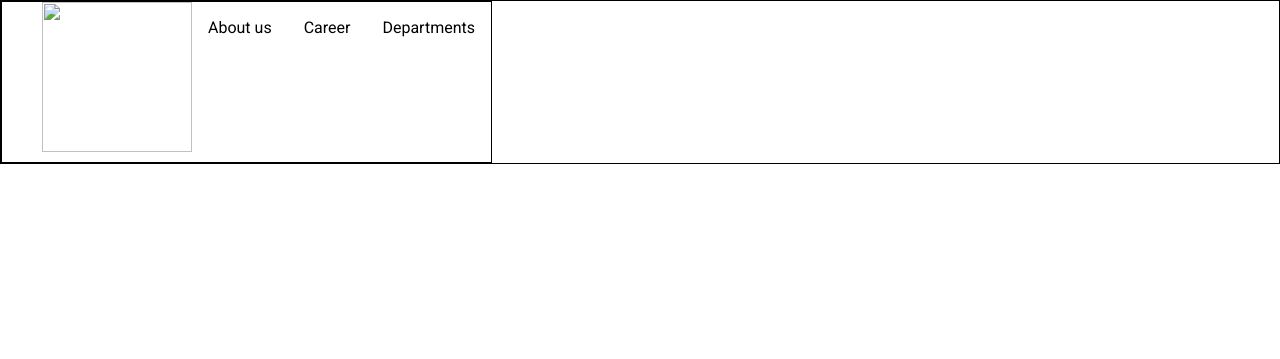
Repository: Hassanine-jaouadi/docplanner
Page: doc-panner.html
The author's editor kept a copy of each file at every save. The page is drawn from the files as they stood at one save, then again after the next save.
The browser window is 1280 px wide. The pictures show the whole page.
Some web libraries are served in a nearby version.

Above is the page before, as saved 2020-01-16 22:07:27.

After the next save:
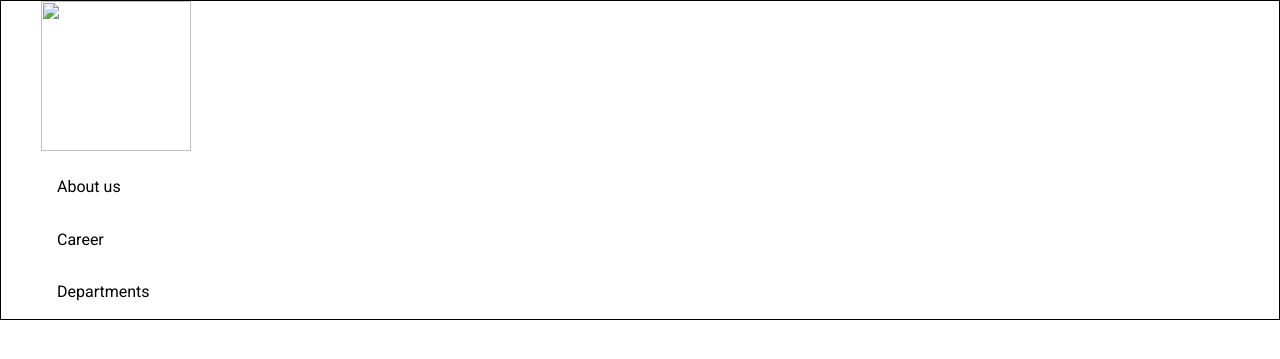
Saved 54 s later.
--- a/doc-panner.html
+++ b/doc-panner.html
@@ -19,7 +19,7 @@
 
 <body>
     <nav class="main-header flex-container">
-        <ul class="nav-menu flex-container">
+        <ul class="nav-menu">
                 <li> <img src="file:///Users/hjaouadi/Documents/Wistia/Doc-planner/logo-default-group-en.svg"
                     class="docplanner-group" width="150" height="150"/></li>
             <li> <a href="https://www.docplanner.com/about-us" class="flex-item"> About us</a> </li>
